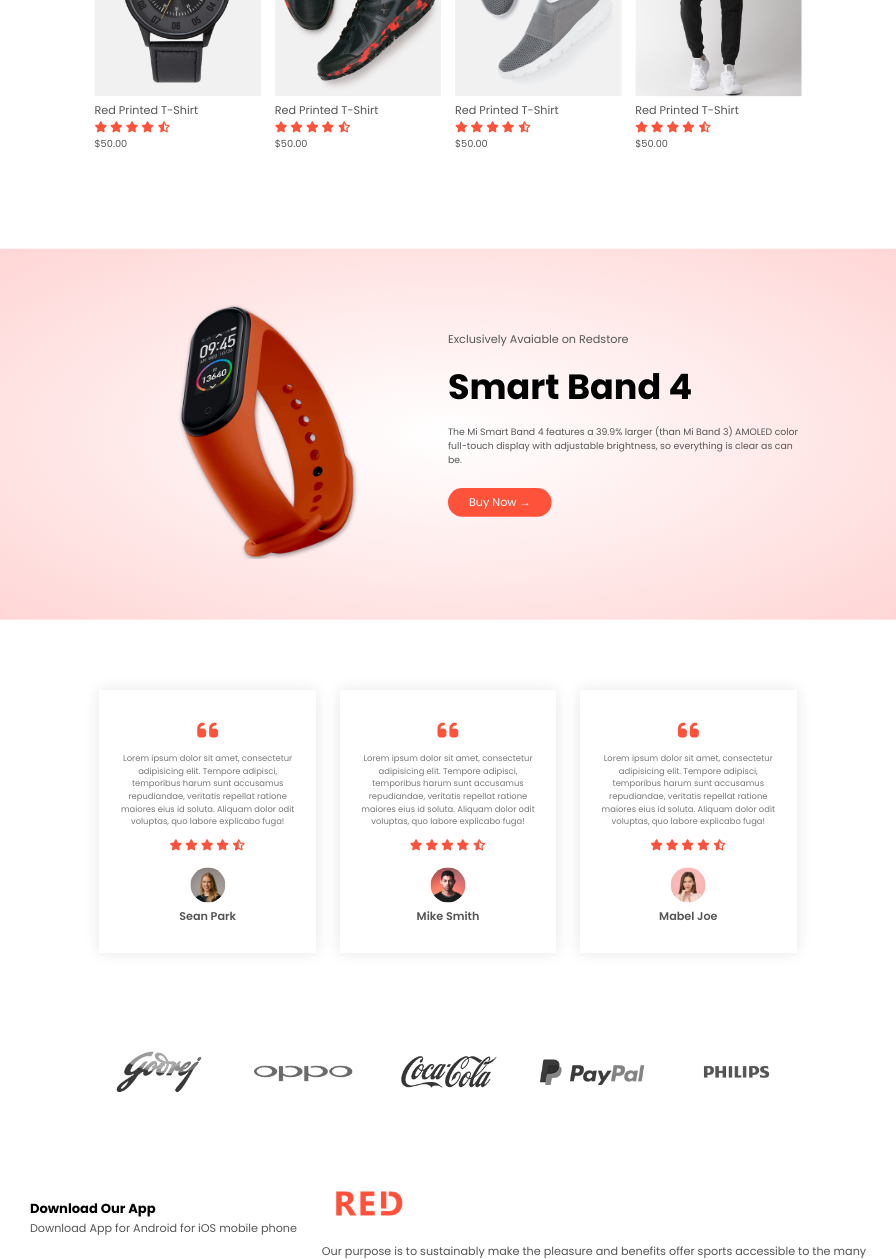
Repository: datvu1608/redsportstore
Page: index.html
An editor plug-in stored every save of this project. The page is shown before and after the next save, followed by the edit.
The browser window is 1280 px wide. The pictures show the part of the page from y = 2706 to 4626 px (the page is 4505 px tall before and 4626 px after), at 70% of full size.

Above is the page before, as saved 2023-11-23 15:11:40.

After the next save:
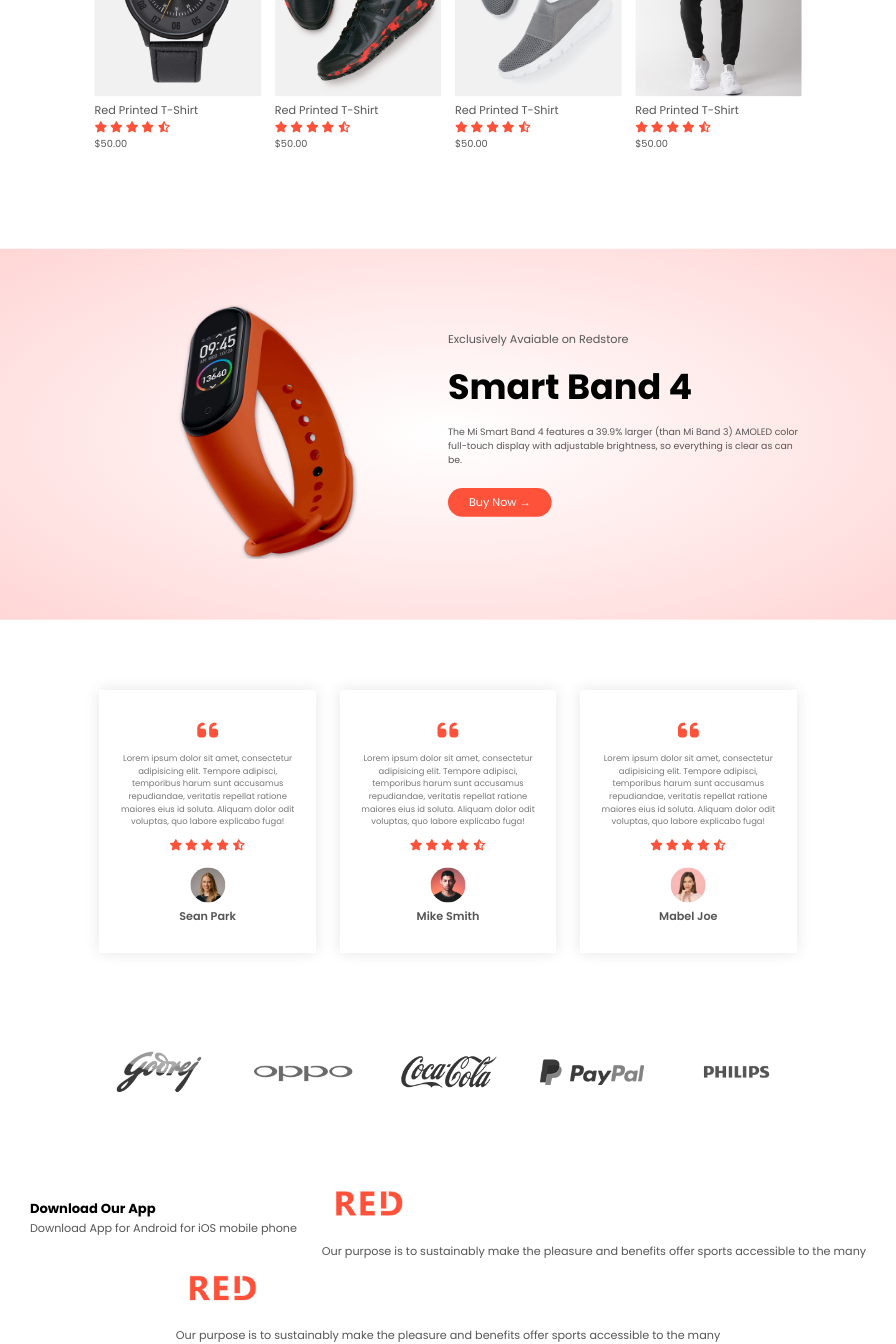
Saved 21 s later.
--- a/index.html
+++ b/index.html
@@ -349,6 +349,13 @@
               sports accessible to the many
             </p>
           </div>
+          <div class="footer-col-3">
+            <img src="./images/logo-white.png" alt="" />
+            <p>
+              Our purpose is to sustainably make the pleasure and benefits offer
+              sports accessible to the many
+            </p>
+          </div>
         </div>
       </div>
     </div>
